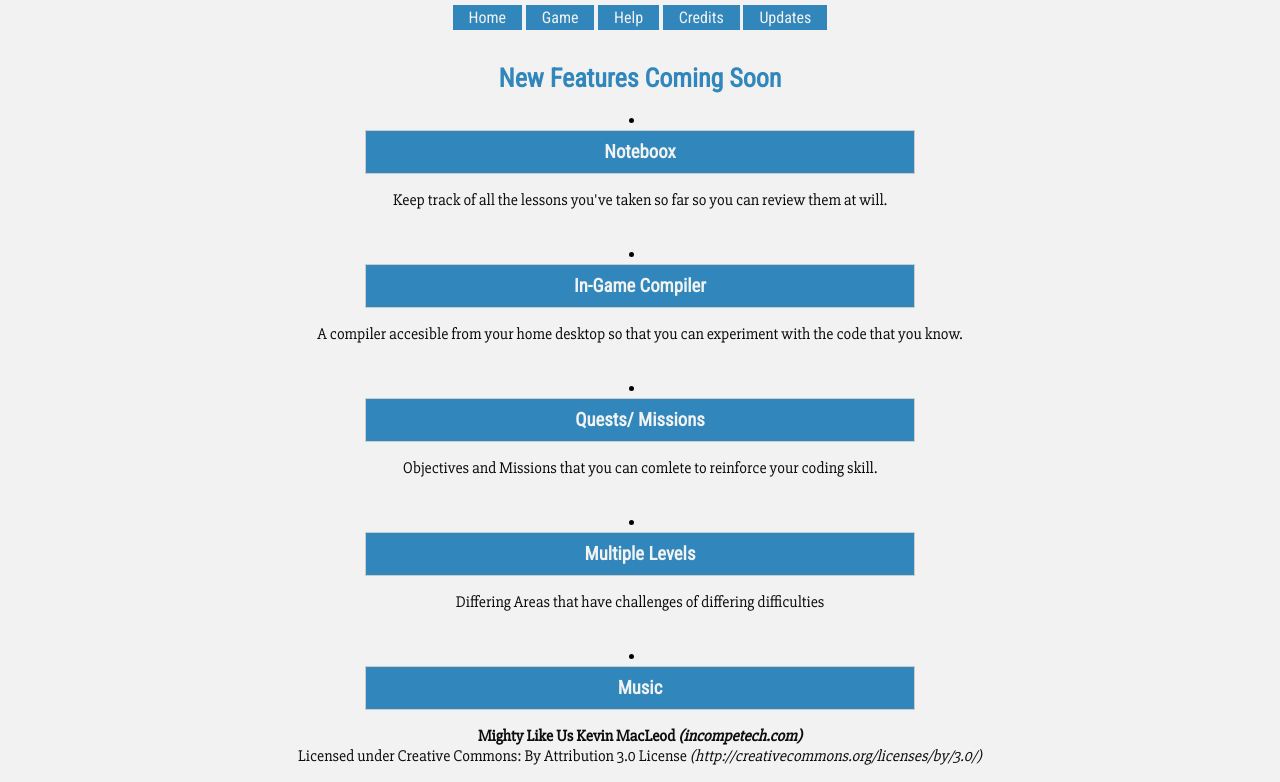
Repository: AmrEl-Azizi/Learning-Hacks-Website
Page: root/updates.html
The author's editor kept a record of every edit. The page is drawn from the files as they stood at one moment, then again after the next edit.
The browser window is 1280 px wide. The pictures show the whole page.

Above is the page before.

After the next edit:
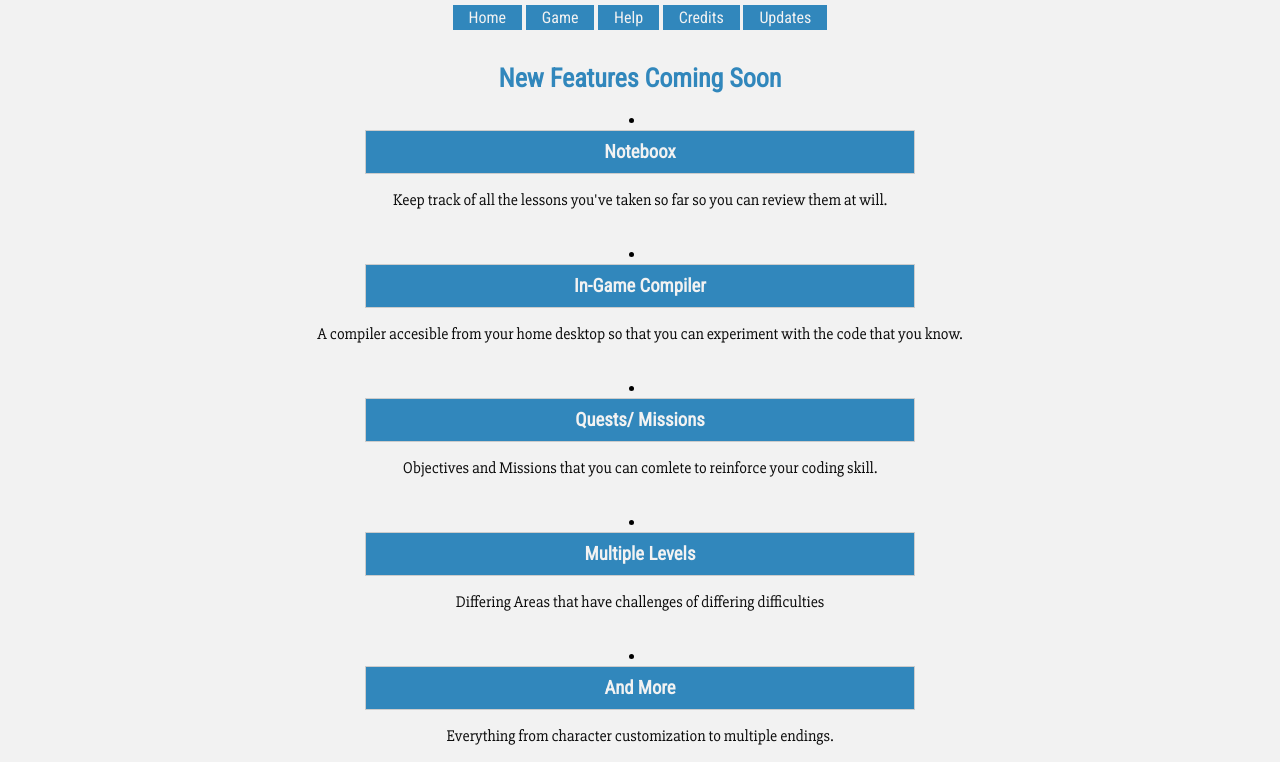
The edit:
--- a/root/updates.html
+++ b/root/updates.html
@@ -40,8 +40,8 @@
                 </li>
                 </br>
                 <li>
-                    <h3 class="creditHeader">Music</h3>
-                    <p><b>Mighty Like Us Kevin MacLeod <i>(incompetech.com)</i></b></br>Licensed under Creative Commons: By Attribution 3.0 License <i>(http://creativecommons.org/licenses/by/3.0/)</p>
+                    <h3 class="creditHeader">And More</h3>
+                    <p>Everything from character customization to multiple endings.</p>
                 </li>
             </u1>
 
